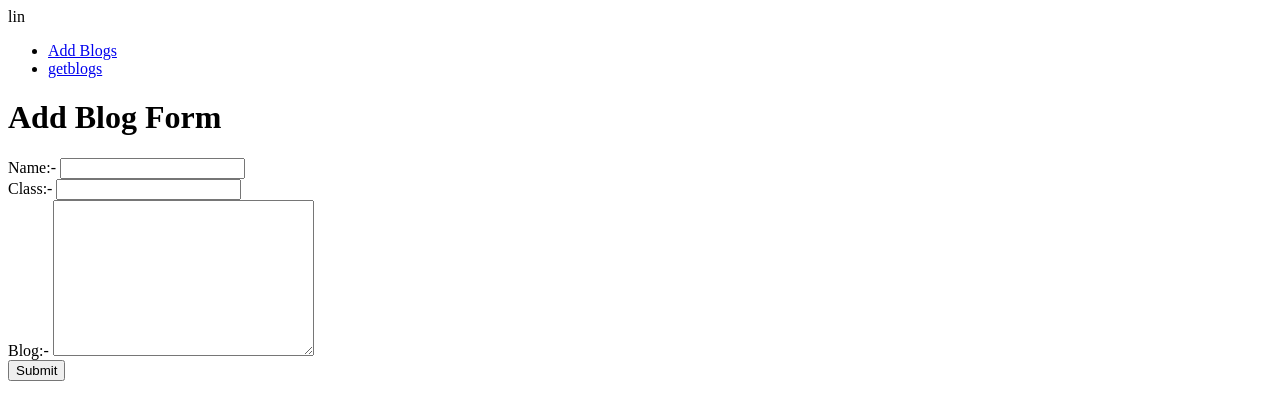
Repository: Sanskriti002/ExpressToDo
Page: public/index.html
These files come from the project's save history. The page is drawn as it stood at one moment and after the next save; the edit follows.
The browser window is 1280 px wide. The pictures show the whole page.

Above is the page before, as saved 2024-03-13 11:49:55.

### public/index.html
<!DOCTYPE html>
<html lang="en">

<head>
    <meta charset="UTF-8">
    <meta name="viewport" content="width=device-width, initial-scale=1.0">
    <title>Add Blogs</title>
    lin
</head>

<header>
    <nav>
        <ul>
            <li><a href="/">Add Blogs</a></li>
            <li><a href="/getblogs">getblogs</a></li>
        </ul>
    </nav>
</header>

<body>
    <h1>Add Blog Form</h1>
    <form action="/addblog" method="post">
        <label for="name">Name:-</label>
        <input type="text" name="name" id="name"><br>

        <label for="Class">Class:-</label>
        <input type="text" name="Class" id="Class"><br>

        <label for="blog">Blog:-</label>
        <textarea name="blog" id="blog" cols="30" rows="10"></textarea><br>

        <button>Submit</button>

    </form>
</body>

</html>

### public/blogpage.css
*{
    text-align: center;

}.blog{
    border: 1px solid black;
    width: 400px;
    list-style: none;
    padding: 6px 4px;
}

div{
background-color:bisque ;
display: flex;
justify-content: center;
align-items: center;
flex-wrap: wrap ;
}

After the next save:
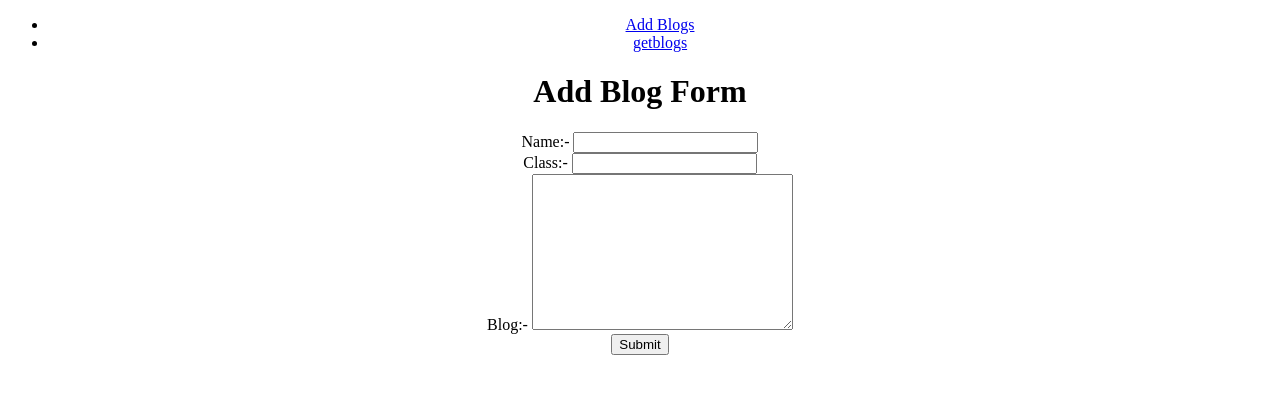
Saved 7 s later.
--- a/public/index.html
+++ b/public/index.html
@@ -5,7 +5,7 @@
     <meta charset="UTF-8">
     <meta name="viewport" content="width=device-width, initial-scale=1.0">
     <title>Add Blogs</title>
-    lin
+    <link rel="stylesheet" href="blogpage.css">
 </head>
 
 <header>
